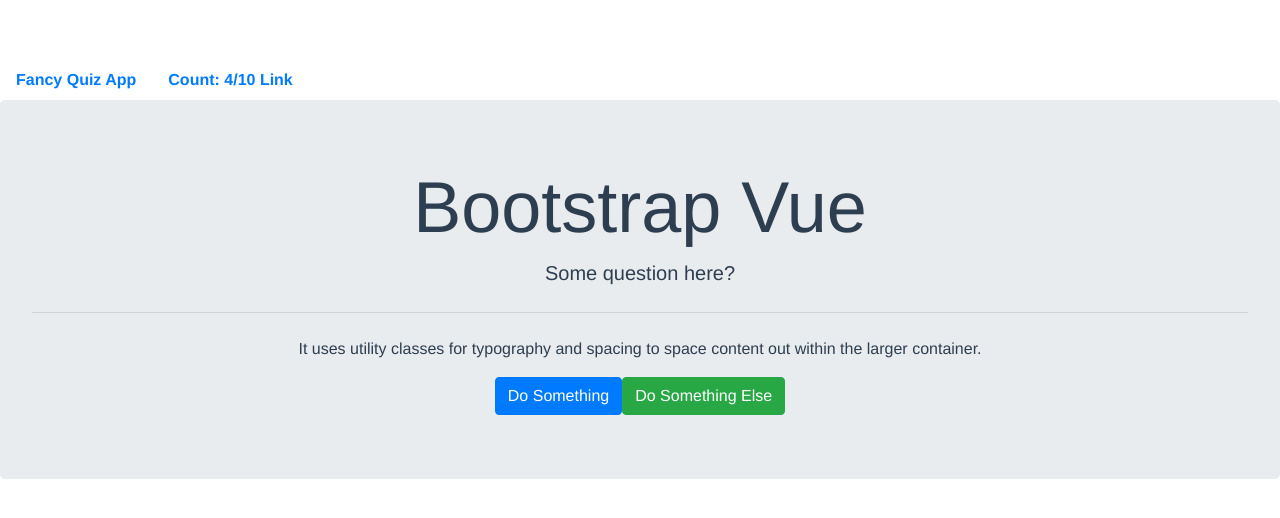
Repository: tokliver/AppVue
Page: /
The author's editor kept a copy of each file at every save. The page is drawn from the files as they stood at one save, then again after a run of saves.
The browser window is 1280 px wide. The pictures show the whole page.
The project was rebuilt for these pictures with package versions that can differ from the ones it lists, and the page was loaded fresh each time.

Above is the page before, as saved 2019-04-13 09:25:32.

After the next 2 saves:
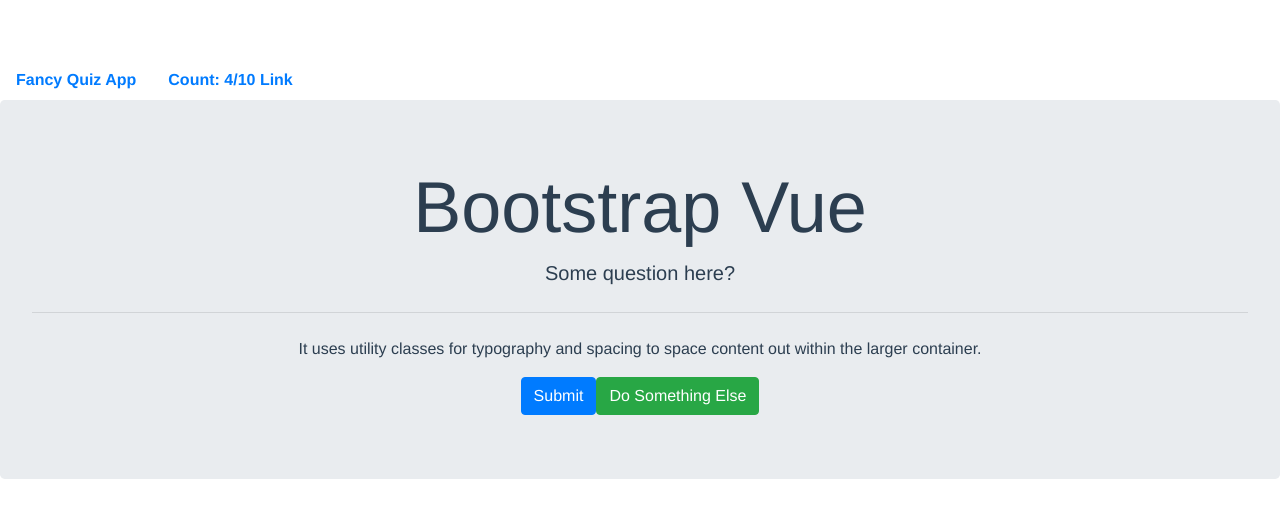
The 2 saves are shown as one change because they came seconds apart.
The last was saved 12 s later.
--- a/src/components/QuestionBox.vue
+++ b/src/components/QuestionBox.vue
@@ -14,7 +14,7 @@
       container.
     </p>
 
-    <b-button variant="primary" href="#">Do Something</b-button>
+    <b-button variant="primary" href="#">Submit</b-button>
     <b-button variant="success" href="#">Do Something Else</b-button>
   </b-jumbotron>
 </div>
